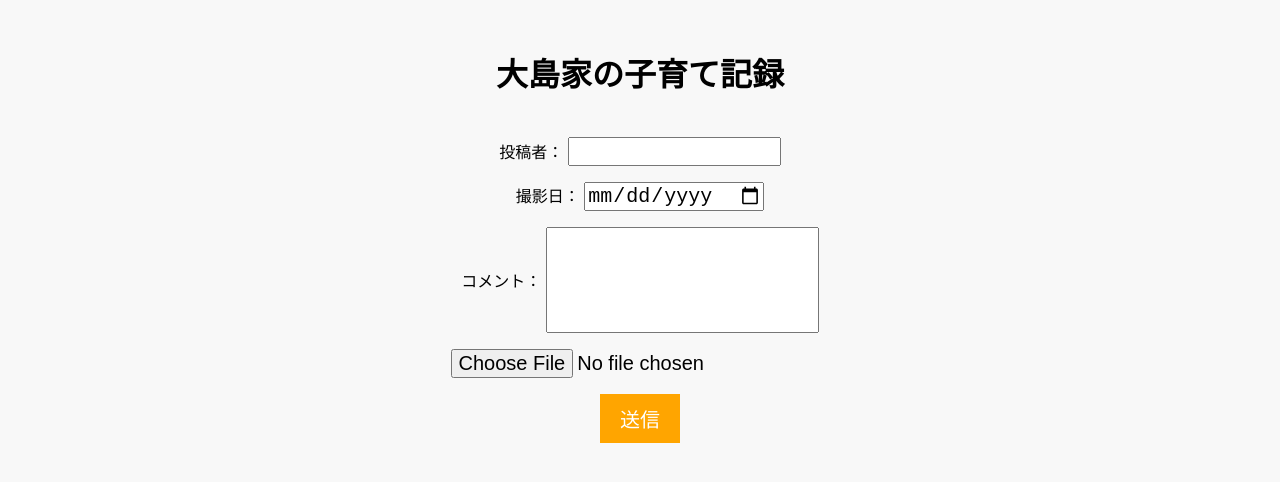
Repository: daidai0602/gs_kadai_questionnaire
Page: http://localhost/post.php
These files come from the project's save history. The page is drawn as it stood at one moment and after the next save; the edit follows.
The browser window is 1280 px wide. The pictures show the whole page.
The page is run by PHP 8.4 with error messages shown; the project is at /var/www/html/.

Above is the page before, as saved 2023-11-15 22:59:34.

After the next save:
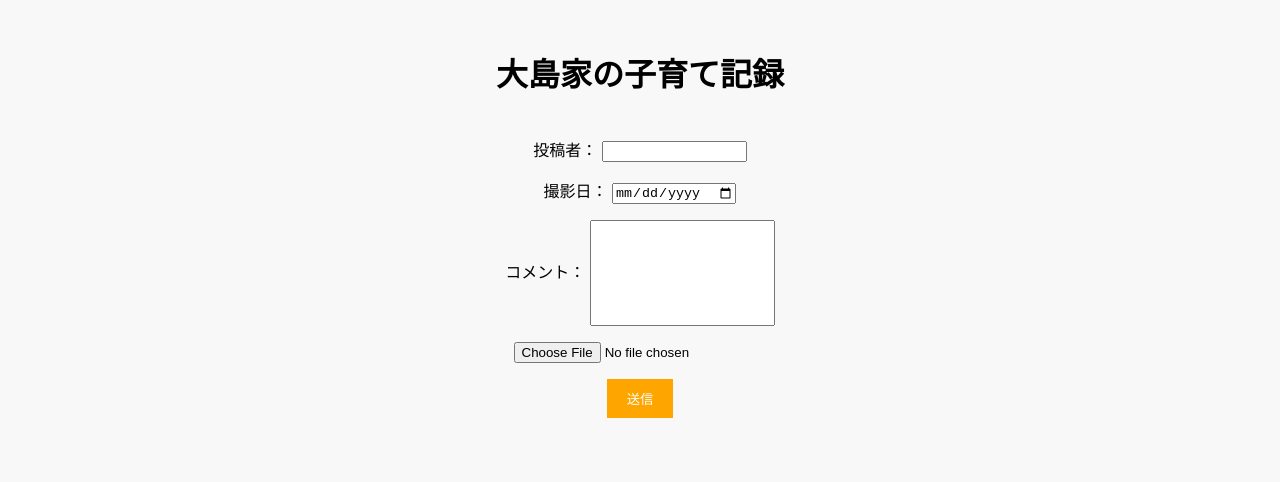
Saved 24 s later.
--- a/post.php
+++ b/post.php
@@ -12,10 +12,6 @@
     }
     h1 {
       padding-bottom: 20px;
-    }
-    input{
-
-      font-size: 20px;
     }
     input[type=textarea]{
       height: 100px;
